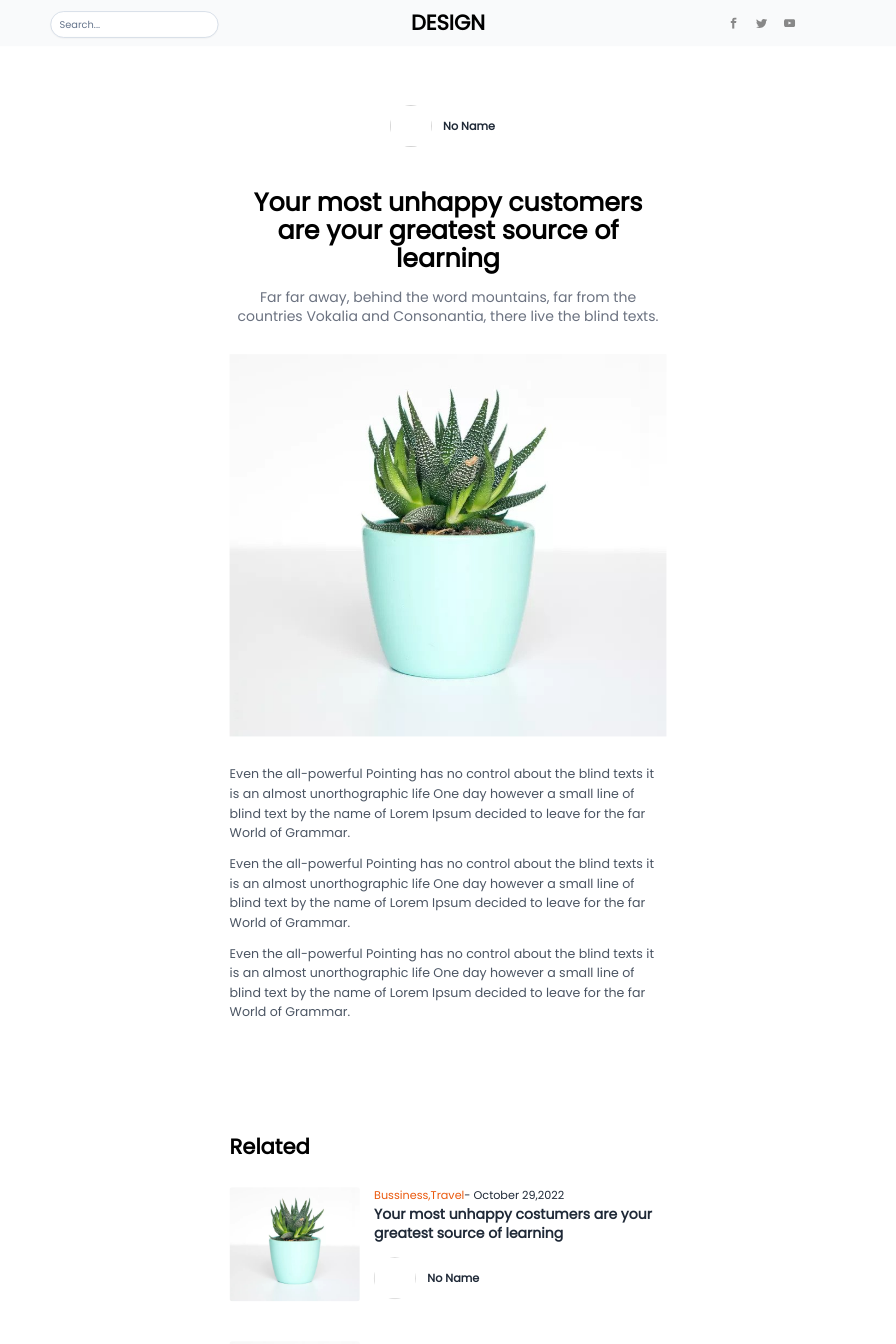
Repository: Abhi2359/Aayurgyan
Page: /posts/page
An editor plug-in stored every save of this project. The page is shown before and after a run of saves, followed by the edit.
The browser window is 1280 px wide. The pictures show the part of the page from y = 0 to 1920 px (the page is 3438 px tall before and 3253 px after), at 70% of full size.
The project was rebuilt for these pictures with package versions that can differ from the ones it lists, and the page was loaded fresh each time. The framework's server and built-in components were replaced by stand-ins that run in the browser. Also part of the build but not shown: next.config.js.

Above is the page before, as saved 2022-11-14 00:06:51.

### pages/posts/page.js
import Image from "next/image";
import Format from "../../layout/format"
import Author from './../../components/_child/author';
import Related from "../../components/_child/related";

export default function Page(){
    return(
     <Format>
        <section className="container mx-auto md:px-2 py-16 w-1/2">
         <div className="flex justify-center">
     <Author></Author>
         </div>
         <div className="post py-10">
      <h1 className="font-bold text-4xl text-center pb-5">Your most unhappy customers are your greatest source of learning</h1>
      <p className="text-gray-500 text-xl text-center">Far far away, behind the word mountains, far from the countries Vokalia and Consonantia, there live the blind texts.</p>
      <div className="py-10">
     <Image src={"/images/img1.jpg"} width={900} height={600}></Image>
      </div>
      <div className="container text-gray-600 text-lg flex flex-col gap-4">
      <p>
            Even the all-powerful Pointing has no control about the blind texts it is an almost unorthographic life One day however a small line of blind
            text by the name of Lorem Ipsum decided to leave for the far World of Grammar.
        </p>
         <p>  Even the all-powerful Pointing has no control about the blind texts it is an almost unorthographic life One day however a small line of blind
            text by the name of Lorem Ipsum decided to leave for the far World of Grammar.</p>
            <p>  Even the all-powerful Pointing has no control about the blind texts it is an almost unorthographic life One day however a small line of blind
            text by the name of Lorem Ipsum decided to leave for the far World of Grammar.</p>
      </div>
     </div>
     <Related></Related>
        </section>
     </Format>
    )
}

### styles/globals.css
@import url('https://fonts.googleapis.com/css2?family=Poppins&family=Roboto:wght@300;400;500;700;900&display=swap');

@tailwind base;
@tailwind components;
@tailwind utilities;



*>*{
  font-family: 'Poppins', sans-serif;
}
a {
  color: inherit;
  text-decoration: none;
}

* {
  box-sizing: border-box;
}

.input-text{
  @apply mt-1 block w-60 px-3 py-2 bg-white border border-slate-300 rounded-full text-sm shadow-sm placeholder-slate-500;
  @apply focus:outline-none focus:border-sky-500 focus:ring-1 focus:ring-sky-500
}

.loader{
  @apply border-gray-200 rounded-full border-4 ease-linear h-10 w-10;
  border-top-color: #363ce0;
  animation: spinner 1.2s linear infinite;
}

@keyframes spinner{
  0%{transform: rotate(0deg);  }
  100%{transform: rotate(360deg);}
}

### layout/format.js
import Header from "../components/Header"
import Footer from "../components/footer"
import Head from "next/head"


export default function Format({children}){
    return(
       <>
       <Head>
        <title>Blog</title>
       </Head>
       <Header></Header>
       <main>{children}</main>
       <Footer></Footer>
       </>
    )
}

### components/_child/author.js
import Image from "next/image"
import Link from "next/link"

export default function Author({name,img,designation}) {
  if (! name&& !img)

  return (
    <div className="author flex py-5">
       <Image src={img || ""} width={60} height={60}className="rounded-full" ></Image>
       <div className="flex flex-col justify-center px-4">
        <Link href={"/"} className="text-md font-bold text-gray-800 hover:text-gray-600">{name || "No Name"}</Link>
        <span className="text-sm text-gray-500">{designation || ""}</span>
       </div>

    </div>
  )
}

### components/_child/related.js
import Link from 'next/link';
import Image from 'next/image'
import Author from './author';


export default function Related() {
    return(
        <section className="pt-20">

        <h1 className="font-bold text-3xl py-10 ">Related</h1>
       <div className="flex flex-col gap-10">
         {Post()}
         {Post()}
         {Post()}
         {Post()}
         {Post()}
       </div>
        </section>
    )
}


function Post(){
    return(
      <div className="flex gap-5">
         <div className="image flex flex-col justify-start">
       <Link href={"/"}>  <Image src={"/images/img1.jpg"}  width={300} height={200}  className="rounded"/></Link>
       </div>
       <div className="info flex justify-center flex-col">
       <div className="cat">
              <Link href={"/"} className="text-orange-600 hover:text-orange-800">Bussiness,Travel</Link>
              <Link href={"/"} className="text-gray-800 hover:text-gray-600">- October 29,2022</Link>
          </div>
          <div className='title'>
      <Link href={"/"} className="text-xl  font-bold text-gray-800 hover:text-gray-600">Your most unhappy costumers are your greatest source of learning</Link>
          </div>
          <Author></Author>
    </div>
      </div>
    )
}

### components/Header.js
import { ImFacebook, ImTwitter, ImYoutube } from "react-icons/im";
import Link from 'next/link'

export default function header() {
  return (
    <header className="bg-gray-50">
        <div className="xl:container xl:mx-auto flex flex-col items-center sm:flex-row sm:justify-between text-center py-3">
            <div className="md:flex-none w-96 order-2 sm:order-1 flex justify-center py-4 sm:py-0">
                <input type="text" className="input-text"  placeholder="Search..."/>
            </div>
            <div className="shrink w-80 sm:order-2">
                <Link href={"/"} className="font-bold uppercase text-3xl">
                    Design
                </Link>
            </div>
            <div className="w-96 order-3 flex justify-center">
                <div className="flex gap-6">
                    <Link href={"/"}><ImFacebook color="#888888" /></Link>
                    <Link href={"/"}><ImTwitter color="#888888" /></Link>
                    <Link href={"/"}><ImYoutube color="#888888" /></Link>
                </div>
            </div>
        </div>
    </header>
  )
}

### components/footer.js
import { ImFacebook, ImTwitter, ImYoutube } from "react-icons/im";
import Link from 'next/link'
import Newsletter from './_child/newsletter';

export default function Footer() {
  const bg={
    backgroundImage:"url('/images/footer.png') ",
    backgroundRepeat:"no-repeat",
    backgroundPosition:"bottom left"
}


  return (
    <footer className="bg-gray-50" style={bg}>
      <Newsletter></Newsletter>
  <div className="container mx-auto flex justify-center py-12">
   <div className="py-5">
    <div className="flex gap-6 justify-center">
                   <Link href={"/"}><ImFacebook color="#888888" /></Link>
                    <Link href={"/"}><ImTwitter color="#888888" /></Link>
                    <Link href={"/"}><ImYoutube color="#888888" /></Link>
    </div>
        <p className="py-5 text-gray-400">Copyright ©2022 All rights reserved | This template is made with  by Daily Tuition</p>
         <p className="text-gray-400 text-center">Terms & Condition</p>
   </div>
  </div>

    </footer>

  )
}

### components/_child/newsletter.js
export default function Newsletter(){
    return(
 <section className="bg-gray-50 mt-20">
   <div className="container mx-auto md:px-20 py-16 text-center">
     <h1 className="font-bold text-3xl">Subscribe Newsletter</h1>
     <div className="py-4">
    <input type="text" className="shadow border rounded w-9/12 py-3 px-3 text-gray-700 focus:outline-none focus:shadow-outline" placeholder="Enter your Email address"/>
     </div>
     <button className="bg-orange-400 px-20 py-3 rounded-full text-gray-50 text-xl">
     Subscribe
     </button>
   </div>
 </section>


    )


}

### tailwind.config.js
/** @type {import('tailwindcss').Config} */
module.exports = {
  content: [
    "./app/**/*.{js,ts,jsx,tsx}",
    "./pages/**/*.{js,ts,jsx,tsx}",
    "./components/**/*.{js,ts,jsx,tsx}",
  ],
  theme: {
    extend: {},
  },
  plugins: [],
}

Loaded but not shown: pages/_app.js (common file)

After the next 2 saves:
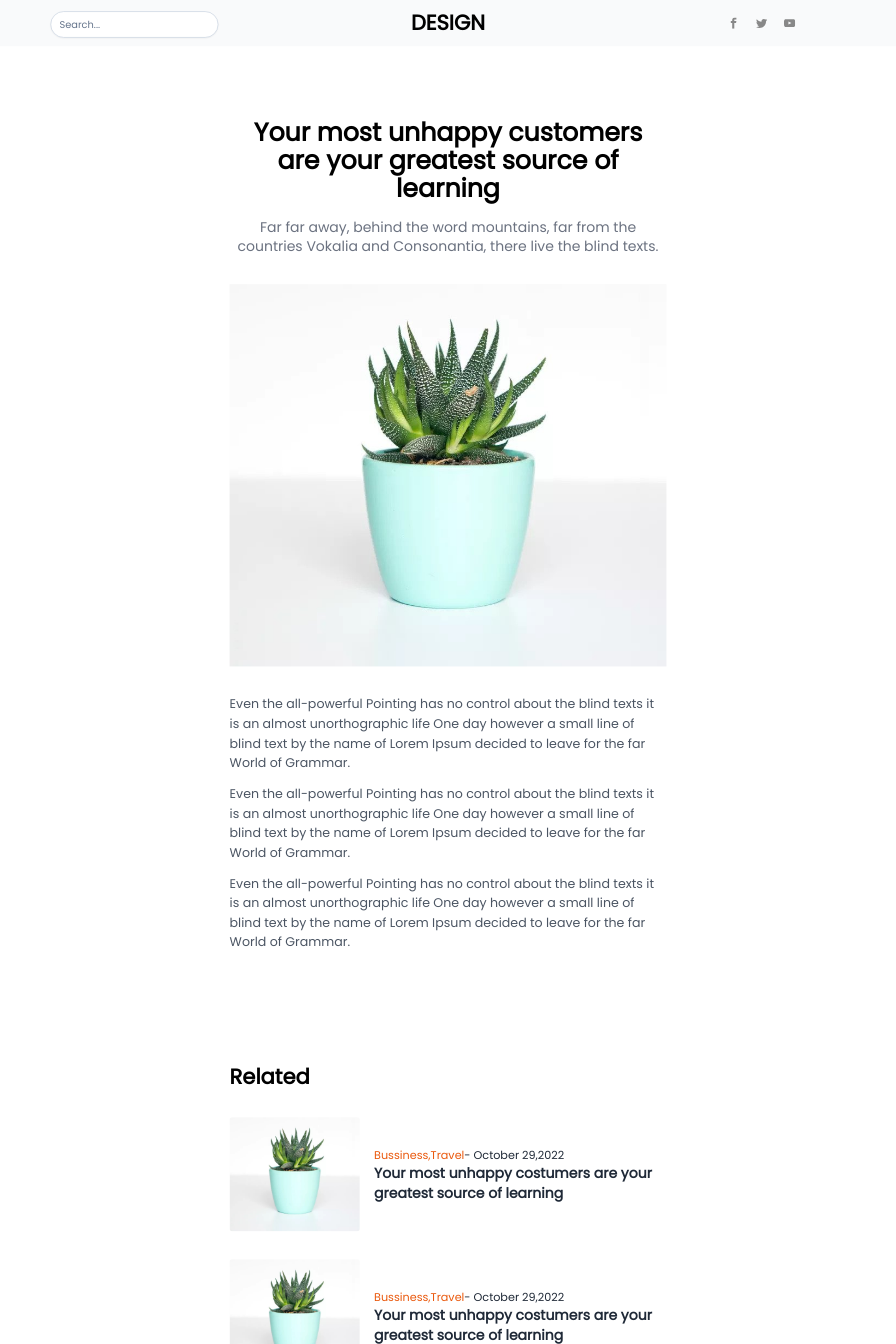
The 2 saves are shown as one change because they came seconds apart.
The last was saved 6 s later.
--- a/components/_child/author.js
+++ b/components/_child/author.js
@@ -2,7 +2,7 @@ import Image from "next/image"
 import Link from "next/link"
 
 export default function Author({name,img,designation}) {
-  if (! name&& !img)
+  if (! name&& !img) return <></>
 
   return (
     <div className="author flex py-5">
